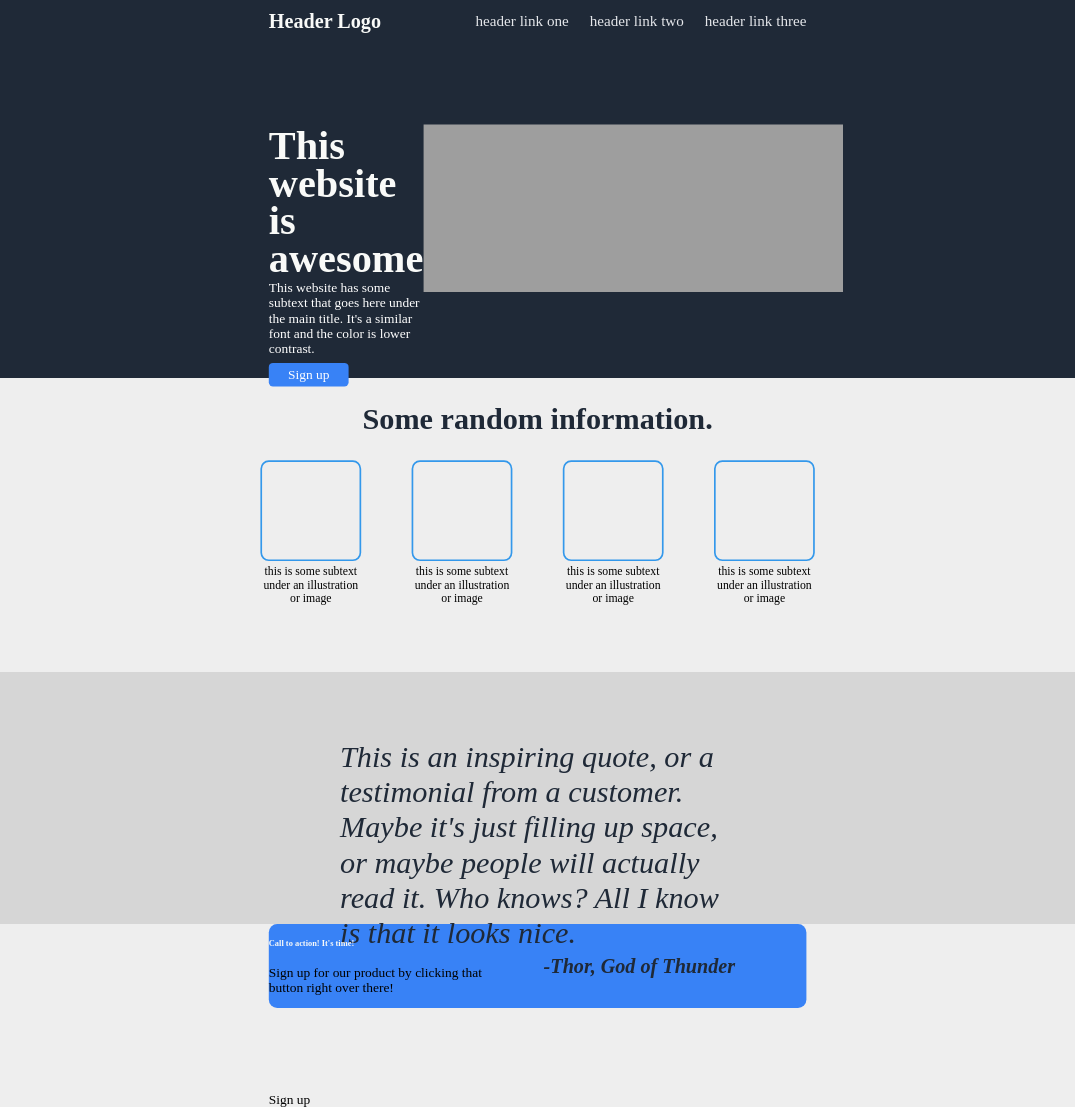
Repository: Pafestivo/Dummy-Landing-Page
Page: index.html
An editor plug-in stored every save of this project. The page is shown before and after the next save, followed by the edit.
The browser window is 1280 px wide. The pictures show the whole page, at 84% of full size.
Pictures or frames that could not be fetched are drawn as grey boxes.

Above is the page before, as saved 2022-09-26 19:33:11.

After the next save:
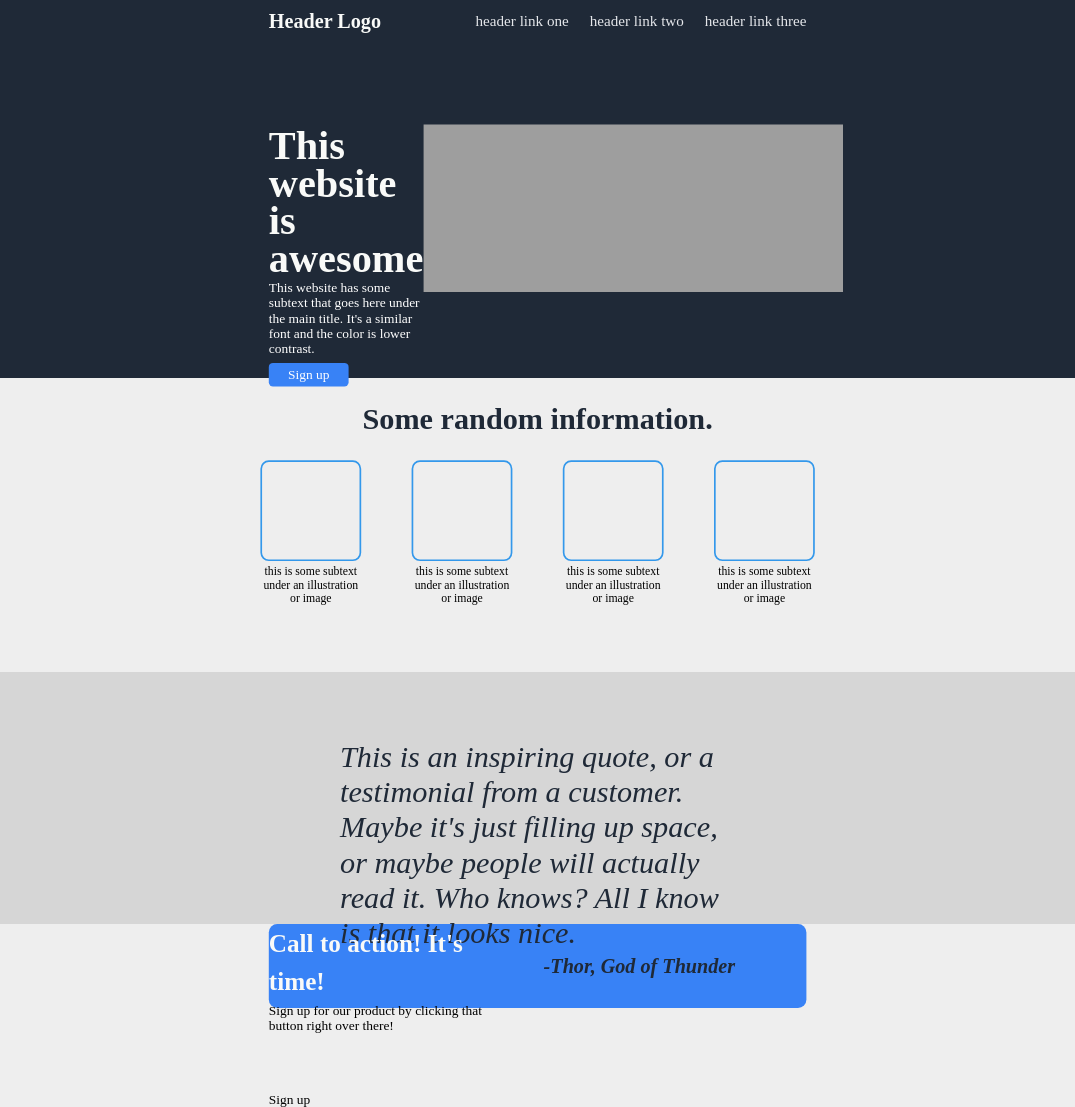
Saved 7 s later.
--- a/styles.css
+++ b/styles.css
@@ -171,6 +171,6 @@ right p {
 }
 
 .coa h1 {
-  font-size: 10px;
+  font-size: 30px;
 }
 /* End fourth section */
